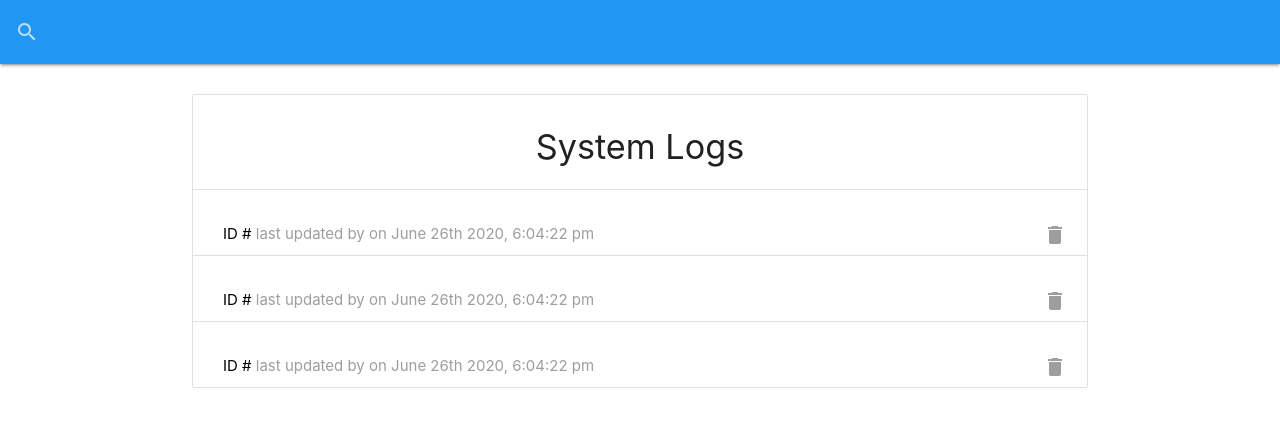
Repository: chinmayparab/log-keeper
Page: /
These files come from the project's save history. The page is drawn as it stood at one moment and after the next save; the edit follows.
The browser window is 1280 px wide. The pictures show the whole page.
The project was rebuilt for these pictures with package versions that can differ from the ones it lists, and the page was loaded fresh each time. Requests to the local data server were answered from the project's data file. Also part of the build but not shown: src/App.css.

Above is the page before, as saved 2020-06-27 00:46:39.

After the next save:
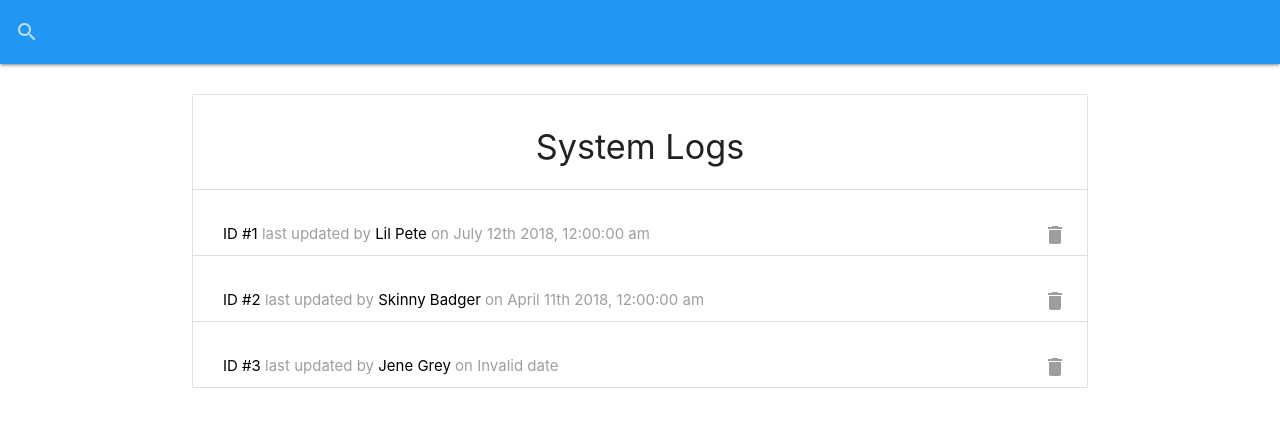
Saved 79 s later.
--- a/src/components/logs/LogItem.js
+++ b/src/components/logs/LogItem.js
@@ -2,7 +2,7 @@ import React from "react";
 import Moment from "react-moment";
 import PropTypes from "prop-types";
 
-const LogItem = (log) => {
+const LogItem = ({ log }) => {
   return (
     <li className='collection-item'>
       <div>
